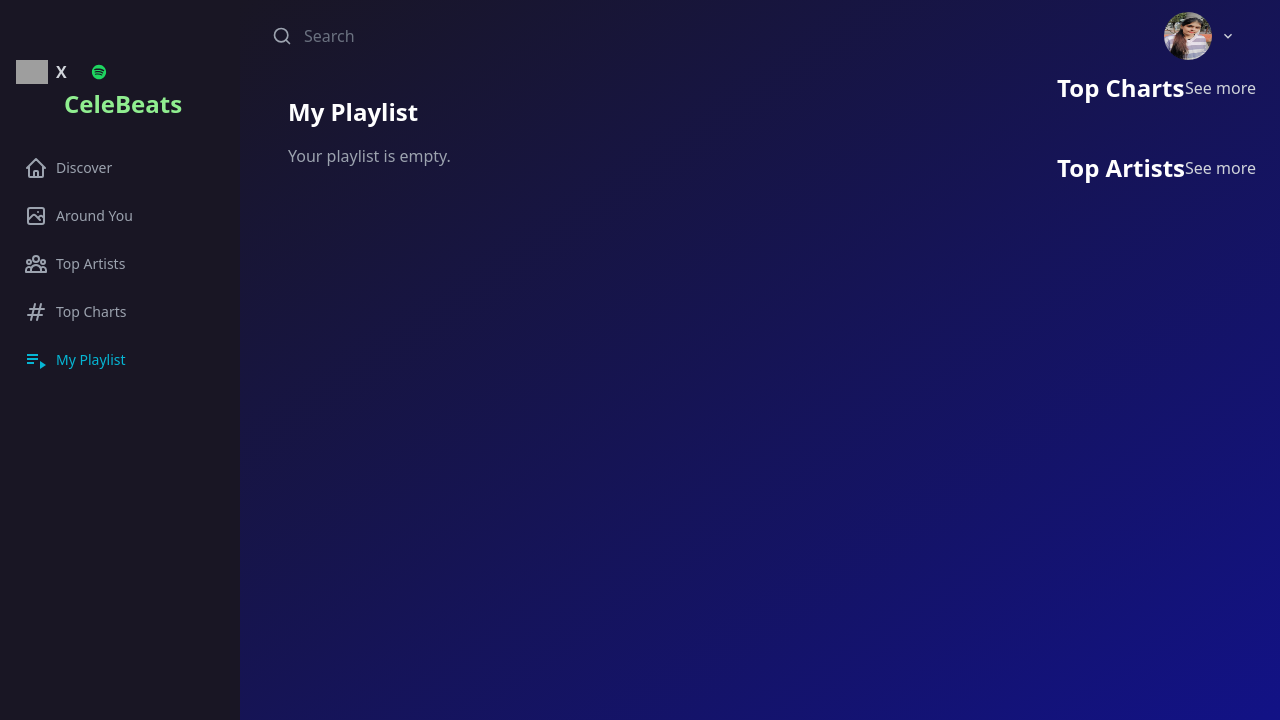
Repository: aakanshimalik/CeleBeats-SpotifyClone
Page: /playlist
An editor plug-in stored every save of this project. The page is shown before and after the next save, followed by the edit.
The browser window is 1280 px wide. The pictures show the whole page.
Pictures or frames that could not be fetched are drawn as grey boxes. The page's requests for data from a server got no answer. The project was rebuilt for these pictures with package versions that can differ from the ones it lists, and the page was loaded fresh each time. No one was signed in, and anything a server would have sent is missing. Also part of the build but not shown: vite.config.js, src/components/PlayPause.jsx, src/components/SongCard.jsx, src/components/ArtistCard.jsx, src/components/DetailsHeader.jsx, src/components/DetailHeader.jsx, src/components/SongBar.jsx, src/components/RelatedSongs.jsx and 17 more.

Above is the page before, as saved 2025-07-07 20:05:48.

### index.html
<!DOCTYPE html>
<html lang="en" class="h-full bg-gray-50">
  <head>
    <meta charset="UTF-8" />
    <link rel="icon" type="image/svg+xml" href="/src/assets/favicon.png" />
    <meta name="viewport" content="width=device-width, initial-scale=1.0" />
    <title>Spotify 2.0</title>
  </head>
  <body class="h-full overflow-hidden">
    <div id="root"></div>
    <script type="module" src="/src/index.jsx"></script>
  </body>
</html>

### src/index.jsx
import React from 'react';
import ReactDOM from 'react-dom/client';
import { BrowserRouter as Router } from 'react-router-dom';
import { Provider } from 'react-redux';

import './index.css';
import App from './App';
import { store } from './redux/store';
import PlaylistProvider from './context/PlaylistContext';

ReactDOM.createRoot(document.getElementById('root')).render(
  <React.StrictMode>
    <PlaylistProvider>
    <Provider store={store}>
      <Router>
        <App />
      </Router>
    </Provider>
    </PlaylistProvider>
  </React.StrictMode>,
);

### src/App.jsx
import { useSelector } from 'react-redux';
import { Route, Routes } from 'react-router-dom';

import { Searchbar, Sidebar, MusicPlayer, TopPlay } from './components';
import { ArtistDetails, TopArtists, AroundYou, Discover, Search, SongDetails, TopCharts, Playlist } from './pages';



const App = () => {
  const { activeSong } = useSelector((state) => state.player);

  return (
    <div className="relative flex">
      <Sidebar />
      <div className="flex-1 flex flex-col bg-gradient-to-br from-black to-[#121286]">
        <Searchbar />

        <div className="px-6 h-[calc(100vh-72px)] overflow-y-scroll hide-scrollbar flex xl:flex-row flex-col-reverse">
          <div className="flex-1 h-fit pb-40">
            <Routes>
              <Route path="/" element={<Discover />} />
              <Route path="/top-artists" element={<TopArtists />} />
              <Route path="/top-charts" element={<TopCharts />} />
              <Route path="/around-you" element={<AroundYou />} />
              <Route path="/artists/:id" element={<ArtistDetails />} />
              <Route path="/songs/:songid" element={<SongDetails />} />
              <Route path="/search/:searchTerm" element={<Search />} />
              <Route path='/playlist' element={<Playlist/>} />
            </Routes>
          </div>
          <div className="xl:sticky relative top-0 h-fit">
            <TopPlay />
          </div>
        </div>
      </div>

      {activeSong?.title && (
        <div className="absolute h-28 bottom-0 left-0 right-0 flex animate-slideup bg-gradient-to-br from-white/10 to-[#2a2a80] backdrop-blur-lg rounded-t-3xl z-10">
          <MusicPlayer />
        </div>
      )}
    </div>
  );
};

export default App;

### src/redux/store.js
import { configureStore } from '@reduxjs/toolkit';
import { audiusCoreApi } from './services/audiusCoreApi';

import playerReducer from './features/playerSlice';

export const store = configureStore({
  reducer: {
    [audiusCoreApi.reducerPath]: audiusCoreApi.reducer,
    player: playerReducer,
  },

  middleware: (getDefaultMiddleware) =>    getDefaultMiddleware().concat(audiusCoreApi.middleware),
});

### src/context/PlaylistContext.js
import React, { createContext, useContext, useState } from 'react';

const PlaylistContext = createContext();

export const usePlaylist = () => useContext(PlaylistContext);

export const PlaylistProvider = ({ children }) => {
  const [playlist, setPlaylist] = useState(
    JSON.parse(localStorage.getItem('myPlaylist')) || []
  );

  const addToPlaylist = (song) => {
    const updated = [...playlist, song];
    setPlaylist(updated);
    localStorage.setItem('myPlaylist', JSON.stringify(updated));
  };

  const removeFromPlaylist = (songId) => {
    const updated = playlist.filter(song => song.id !== songId);
    setPlaylist(updated);
    localStorage.setItem('myPlaylist', JSON.stringify(updated));
  };

  return (
    <PlaylistContext.Provider value={{ playlist, addToPlaylist, removeFromPlaylist }}>
      {children}
    </PlaylistContext.Provider>
  );
};

export default PlaylistProvider;

### src/components/index.js
import Sidebar from './Sidebar';
import Searchbar from './Searchbar';
import SongCard from './SongCard';
import TopPlay from './TopPlay';
import ArtistCard from './ArtistCard';
import DetailsHeader from './DetailsHeader';
import DetailHeader from './DetailHeader';
import SongBar from './SongBar';
import RelatedSongs from './RelatedSongs';
import MusicPlayer from './MusicPlayer';
import Loader from './Loader';
import Error from './Error';

export {
  TopPlay,
  Sidebar,
  SongCard,
  Searchbar,
  ArtistCard,
  DetailsHeader,
  DetailHeader,
  SongBar,
  RelatedSongs,
  MusicPlayer,
  Loader,
  Error,
};

### src/pages/index.js
import Discover from './Discover';
import TopArtists from './TopArtists';
import ArtistDetails from './ArtistDetails';
import SongDetails from './SongDetails';
import Search from './Search';
import Playlist from './Playlist';
import TopCharts from './TopCharts';
import AroundYou from './AroundYou';

export {
  Discover,
  Search,
  Playlist,
  TopArtists,
  ArtistDetails,
  SongDetails,
  TopCharts,
  AroundYou,
};

### src/redux/services/audiusCoreApi.js
import { createApi, fetchBaseQuery } from '@reduxjs/toolkit/query/react';

const genreByCountry = {
  IN: 'bollywood',
  US: 'hip-hop',
  BR: 'latin',
  KR: 'k-pop',
  JP: 'j-pop',
  FR: 'electronic',
  DE: 'house',
  NG: 'afrobeats',

}

export const audiusCoreApi = createApi({
  reducerPath: 'audiusCoreApi',
  baseQuery: fetchBaseQuery({
    baseUrl: 'https://discoveryprovider.audius.co/v1/',
  }),
  endpoints: (builder) => ({
    getTopTracks: builder.query({
      query: () =>
         `tracks/trending?limit=50&app_name=spotify-clone`,
    }),
    getSongsByGenre: builder.query({ query: (genre) => {
      if (!genre || genre === 'all') {
        return `/tracks/trending?limit=50&app_name=spotify-clone`; // No genre filter
      }
      return `/tracks/trending?genre=${genre}&limit=50&app_name=spotify-clone`;
    }

    }),
    getSongDetails: builder.query({
      query: (songid) => `tracks/${songid}` }),
    getSongRelated: builder.query({ query: ({songid }) => `/tracks/${songid}` }),
    getSongsByArtist: builder.query({
      query: (artistId) => `users/${artistId}/tracks?app_name=your_app`,
    }),
    getArtistDetails: builder.query({
      query: (artistId) => `users/${artistId}?app_name=spotify-clone`,
    }),
    getSongsByCountry: builder.query({ query: (countryCode) => {
      const genre = genreByCountry[countryCode] || 'electronic'; // default fallback
          return `/tracks/trending?genre=${genre}&limit=20&app_name=spotify-clone`;
    }
  }),
  getSongsBySearch: builder.query({ query: (searchTerm) => `search?query=${searchTerm}&app_name=spotify-clone` }),


  }),
});

export const {
  useGetTopTracksQuery,
  useGetSongsByGenreQuery,
  useGetArtistDetailsQuery,
  useGetSongsByArtistQuery,
  useGetSongDetailsQuery,
  useGetSongRelatedQuery,
  useGetSongsByCountryQuery,
  useGetSongsBySearchQuery,

} = audiusCoreApi;

### src/redux/features/playerSlice.js
import { createSlice } from '@reduxjs/toolkit';

const initialState = {
  currentSongs: [],
  currentIndex: 0,
  isActive: false,
  isPlaying: false,
  activeSong: {},
  genreListId: 'all',
};

const playerSlice = createSlice({
  name: 'player',
  initialState,
  reducers: {
    setActiveSong: (state, action) => {
      state.activeSong = action.payload.song;

      if (action.payload?.data?.tracks?.hits) {
        state.currentSongs = action.payload.data.tracks.hits;
      } else if (action.payload?.data?.properties) {
        state.currentSongs = action.payload?.data?.tracks;
      } else {
        state.currentSongs = action.payload.data;
      }

      state.currentIndex = action.payload.i;
      state.isActive = true;
    },

    nextSong: (state, action) => {
      if (state.currentSongs[action.payload]?.track) {
        state.activeSong = state.currentSongs[action.payload]?.track;
      } else {
        state.activeSong = state.currentSongs[action.payload];
      }

      state.currentIndex = action.payload;
      state.isActive = true;
    },

    prevSong: (state, action) => {
      if (state.currentSongs[action.payload]?.track) {
        state.activeSong = state.currentSongs[action.payload]?.track;
      } else {
        state.activeSong = state.currentSongs[action.payload];
      }

      state.currentIndex = action.payload;
      state.isActive = true;
    },

    playPause: (state, action) => {
      state.isPlaying = action.payload;
    },

    selectGenreListId: (state, action) => {
      state.genreListId = action.payload;
    },
  },
});

export const { setActiveSong, nextSong, prevSong, playPause, selectGenreListId } = playerSlice.actions;

export default playerSlice.reducer;

### src/components/Sidebar.jsx
import React, { useState } from 'react';
import { NavLink } from 'react-router-dom';
import { HiOutlineHashtag, HiOutlineHome, HiOutlineMenu, HiOutlinePhotograph, HiOutlineUserGroup } from 'react-icons/hi';
import { RiCloseLine } from 'react-icons/ri';
import { MdPlaylistPlay } from 'react-icons/md';

import  logo1  from '../assets/favicon.svg';
import logo2 from '../assets/CT.jpeg';

const links = [
  { name: 'Discover', to: '/', icon: HiOutlineHome },
  { name: 'Around You', to: '/around-you', icon: HiOutlinePhotograph },
  { name: 'Top Artists', to: '/top-artists', icon: HiOutlineUserGroup },
  { name: 'Top Charts', to: '/top-charts', icon: HiOutlineHashtag },
  { name: 'My Playlist', to: '/playlist', icon: MdPlaylistPlay },
];

const NavLinks = ({ handleClick }) => (
  <div className="mt-3">
    {links.map((item) => (
      <NavLink
        key={item.name}
        to={item.to}
        className="flex flex-row justify-start items-center my-6 ml-2 text-sm font-medium text-gray-400 hover:text-cyan-400"
        onClick={() => handleClick && handleClick()}
      >
        <item.icon className="w-6 h-6 mr-2" />
        {item.name}
      </NavLink>
    ))}
  </div>
);


const Sidebar = () => {
  const [mobileMenuOpen, setMobileMenuOpen] = useState(false);


   return (
    <>
      <div className='md:flex hidden flex-col w-[240px] py-10 px-4 bg-[#191624] '>
        <div>
          <div className='flex flex-row items-center gap-2 mt-4'>
            <img src={logo2} alt='logo2' className=' w-8 h-8 object-contain ' />
            <span className='text-gray-300 font-bold'>X</span><br></br>
            <img src={logo1} alt='logo1' className=' w-8 h-8 object-contain bg-transparent rounded ' />
          </div>

          <h2 className='text-white font-bold text-2xl font-spotify-mix ml-12' style={{color:"#90EE90"}}>CeleBeats</h2>
        </div>

          <NavLinks />
      </div>

      <div className='absolute md:hidden block top-6 right-3'>
         {mobileMenuOpen ? (
          <RiCloseLine className='w-6 h-6 text-white mr-2' onClick={() => setMobileMenuOpen(false)}/>
         ) : <HiOutlineMenu className='w-6 h-6 text-white mr-2' onClick={() => setMobileMenuOpen(true)} />}
      </div>

      <div className={`absolute top-0 h-screen w-2/3 bg-gradient-to-tl from-white/10 to-[#483d8b] backdrop-blur-lg z-10 p-6 md:hidden smooth-transition ${mobileMenuOpen ? 'left-0' : '-left-full'}`}>
        <img src={logo1} alt='logo' className='w-full h-20 object-contain' />
          <NavLinks handleClick={() => setMobileMenuOpen(false)}/>
      </div>
    </>
   );
  };

export default Sidebar;

### src/components/Searchbar.jsx
// import React, { useState } from 'react';
// import { useNavigate } from 'react-router-dom';
// import { FiSearch } from 'react-icons/fi';
// import { MdKeyboardArrowDown } from 'react-icons/md';
// import avatar from '../assets/Aakanshi_photo.jpg';

// const Searchbar = () => {
//   const navigate = useNavigate();
//   const [searchTerm, setSearchTerm] = useState('');
//   const [showProfile, setShowProfile] = useState(false);

//   const handleSubmit = (e) => {
//     e.preventDefault();
//     const trimmed = searchTerm.trim();
//     if (trimmed) {
//       navigate(`/search/${encodeURIComponent(trimmed)}`);
//     }
//   };

//   return (
//     <div className="flex justify-between items-center px-4 py-2">
//     <form
//       onSubmit={handleSubmit}
//       autoComplete="off"
//       className="p-2 text-gray-400 focus-within:text-gray-600"
//     >
//       <label htmlFor="search-field" className="sr-only">
//         Search all songs
//       </label>
//       <div className="flex flex-row justify-start items-center">
//         <FiSearch className="w-5 h-5 ml-4" />
//         <input
//           id="search-field"
//           name="search-field"
//           type="search"
//           placeholder="Search"
//           value={searchTerm}
//           onChange={(e) => setSearchTerm(e.target.value)}
//           className="flex-1 bg-transparent border-none placeholder-gray-500 outline-none text-base text-white p-4"
//         />
//       </div>
//     </form>
//   );
// };

// export default Searchbar;

import React, { useState } from 'react';
import { useNavigate } from 'react-router-dom';
import { FiSearch } from 'react-icons/fi';
import { MdKeyboardArrowDown } from 'react-icons/md';
import avatar from '../assets/Aakanshi_photo.jpg'; // make sure this path is correct

const Searchbar = () => {
  const navigate = useNavigate();
  const [searchTerm, setSearchTerm] = useState('');
  const [showProfile, setShowProfile] = useState(false);

  const handleSubmit = (e) => {
    e.preventDefault();
    const trimmed = searchTerm.trim();
    if (trimmed) {
      navigate(`/search/${encodeURIComponent(trimmed)}`);
    }
  };

  return (
    <div className="flex justify-between items-center px-4 py-2">
      {/* Search Form */}
      <form
        onSubmit={handleSubmit}
        autoComplete="off"
        className="flex items-center bg-none border-gray-700 rounded-full px-2 text-gray-400 focus-within:text-gray-600 w-full max-w-md"
      >
        <FiSearch className="w-5 h-5 ml-2" />
        <input
          id="search-field"
          name="search-field"
          type="search"
          placeholder="Search"
          value={searchTerm}
          onChange={(e) => setSearchTerm(e.target.value)}
          className="flex-1 bg-transparent border-none placeholder-gray-500 outline-none text-base text-white p-3"
        />
      </form>

      {/* Profile */}
      <div className="relative ml-6 mr-6">
        <div
          className="flex items-center gap-2 cursor-pointer p-1 hover:bg-gray-700 rounded-lg"
          onClick={() => setShowProfile(!showProfile)}
        >
          <img
            src={avatar}
            alt="user-profile"
            className="rounded-full w-12 h-12"
          />
          <MdKeyboardArrowDown className="text-gray-300" />
        </div>

        {/* Dropdown Profile Info */}
        {showProfile && (
          <div className="absolute right-0 mt-2 w-58 bg-blue-900 border border-gray-700 text-white rounded-lg shadow-lg p-4 z-50 ">
            <div className="flex flex-col items-center">
              <img
                src={avatar}
                alt="Profile"
                className="w-20 h-20 rounded-full mb-5 "
              />
              <p className="font-semibold text-xl">Aakanshi Malik</p>
              <p className="text-m text-gray-300 ml-2">aakanshimalik54@gmail.com</p>
              <p className="text-sm text-gray-200 font-semibold ml-5">React Developer Intern</p>
              <span>(Celebal Summer Intern 2025)</span>

              <button
                className='bg-white-600 p-2 mt-5 text-gray-200 border border-gray-500 hover:bg-blue-700 '
                onClick={() => setShowProfile(!showProfile)}
              >Logout</button>
            </div>
          </div>
        )}
      </div>
    </div>
  );
};

export default Searchbar;

### src/components/TopPlay.jsx
import React, { useEffect, useRef } from 'react';
import { Link } from 'react-router-dom';
import { useSelector, useDispatch } from 'react-redux';
import { Swiper, SwiperSlide } from 'swiper/react';
import { FreeMode } from 'swiper';

import PlayPause from './PlayPause';
import { playPause, setActiveSong } from '../redux/features/playerSlice';
import {  useGetTopTracksQuery } from '../redux/services/audiusCoreApi';
import defaultProfile from "../assets/default-profile.jpeg";

import 'swiper/css';
import 'swiper/css/free-mode';

const TopChartCard = ({song ,i , isPlaying, activeSong, handlePauseClick, handlePlayClick })=> (
  <div className='w-full flex flex-row items-center hover:bg-[#4c426e] py-2 p-4 rounded-lg cursor-pointer mb-2'>
    <h3 className="font-bold text-base text-white mr-3">{i+1}.</h3>
    <div className="flex-1 flex flex-row justify-between items-center">
      <img className='w-20 h-20 rounded-lg' src={song.artwork?.['150x150']} alt={song?.title}/>
      <div className='flex-1 flex flex-col justify-center mx-3'>
        <Link to={`songs/${song.id}`}>
          <p className='text-xl font-bold text-white'>
            {song?.title}
          </p>
        </Link>
        <Link to={`artists/${song.user.id}`}>
          <p className='text-base text-gray-300 mt-1'>
            {song?.user.name}
          </p>
        </Link>

      </div>

    </div>
    <PlayPause
      isPlaying={isPlaying}
      activeSong={activeSong}
      song={song}
      handlePause={handlePauseClick}
      handlePlay={handlePlayClick}
    />
  </div>
);

const TopPlay = () => {
  const dispatch = useDispatch();
  const {activeSong, isPlaying } = useSelector((state) => state.player);
  const { data } = useGetTopTracksQuery();
  const divRef = useRef(null);

  useEffect(() => {
    divRef.current?.scrollIntoView({ behavior: 'smooth'});
  }, []);


  const topPlays = data?. data?.slice(0, 5);

    const handlePauseClick = () => {
      dispatch(playPause(false));
    };

    const handlePlayClick = (song, i) => {
      dispatch(setActiveSong({ song, data, i }));
      dispatch(playPause(true));
    };

    return (
      <div ref={divRef} className='xl:ml-6 ml-0 xl:mb-0 mb-6 flex-1 xl:max-w-[500px] max-w-full flex flex-col'>
        <div className='w-full flex flex-col'>
          <div className='flex flex-row justify-between items-center'>
              <h2 className=" text-white font-bold text-2xl">Top Charts</h2>
              <Link to="/top-charts">
              <p className="text-gray-300 text-base cursor-pointer">See more</p></Link>
          </div>

          <div className='mt-4 flex flex-col gap-1'>
             {topPlays?.map((song, i) => (
              <TopChartCard
              key={song.id}
              song={song}
              i={i}
              isPlaying={isPlaying}
              activeSong={activeSong}
              handlePauseClick={handlePauseClick}
              handlePlayClick={() => handlePlayClick(song, i)}
              />
             ))}
          </div>
        </div>

        <div className='w-full flex flex-col mt-8'>
        <div className='flex flex-row justify-between items-center'>
              <h2 className=" text-white font-bold text-2xl">Top Artists</h2>
              <Link to="/top-artists">
              <p className="text-gray-300 text-base cursor-pointer">See more</p></Link>
        </div>

        <Swiper
          slidesPerView="auto"
          spaceBetween={15}
          freeMode
          centeredSlides
          centeredSlidesBounds
          modules={[FreeMode]}
          className="mt-4"
        >
          {topPlays?.slice(0, 5).map((song,i) => (
            // console.log(defaultProfile);
            <SwiperSlide
            key={song?.id || `${song?.user?.id}-${i}`}
            style={{ width: '25%', height: 'auto' }}
            className="shadow-lg rounded-full animate-slideright"
            >
              <Link to={`/artists/${song?.user?.id}`}>
              <img src={
                song?.user?.profile_picture?.['150x150']  ||  song?.user?.defaultProfile

                } alt= {song?.user?.name}
                onError={(e) => {
                  e.target.onerror = null;
                  e.target.src = defaultProfile;
                }}
                className="rounded-full w-full object-cover" />
                  </Link>

            </SwiperSlide>
          ))}
         </Swiper>


        </div>

      </div>
    );
};

export default TopPlay;

### src/pages/Playlist.jsx
import { SongCard } from '../components';
import { usePlaylist } from '../context/PlaylistContext';
import { useSelector } from 'react-redux';
import { useGetTopTracksQuery } from '../redux/services/audiusCoreApi';

const Playlist = () => {
     const { data, isFetching, error } = useGetTopTracksQuery();
  const { playlist, removeFromPlaylist } = usePlaylist();
  const { activeSong, isPlaying } = useSelector((state) => state.player);

  const songs = data?.data || [];

  return (

    <div className="p-6">

      <h2 className="text-white text-2xl font-bold mb-4">My Playlist</h2>
      {playlist.length === 0 ? (
        <p className="text-gray-400">Your playlist is empty.</p>
      ) : (
        <div className="flex flex-wrap sm:justify-start justify-center gap-8">
                {playlist.map((song, index) => (
                    <div key={song.id} className="flex flex-col items-center">
                  <SongCard
                    key={song.id}
                    song={song}
                    isPlaying={isPlaying}
                    activeSong={activeSong}
                    data={songs}
                    i={index}

                  />

                  <button
                     onClick={() => removeFromPlaylist(song.id)}
                    className="text-white-400 hover:text-white-600 mt-2 px-3 py-1 text-sm font-medium  bg-red-600 hover:bg-red-700 rounded-md transition-colors duration-200"
                   >
                      Remove
                  </button>
                  </div>
                ))}
              </div>

        // <ul className="space-y-4">
        //   {playlist.map((song, index) => (
        //     <li key={song.id || index} className="flex justify-between items-center text-white">
        //       <span>{song.title} — {song.artistName}</span>
        //       <button
        //         onClick={() => removeFromPlaylist(song.id)}
        //         className="text-red-400 hover:text-red-600"
        //       >
        //         Remove
        //       </button>
        //     </li>
        //   ))}
        // </ul>
      )}

    </div>

  );
};
export default Playlist;

Loaded but not shown: src/index.css (common file); tailwind.config.js (common file)

After the next save:
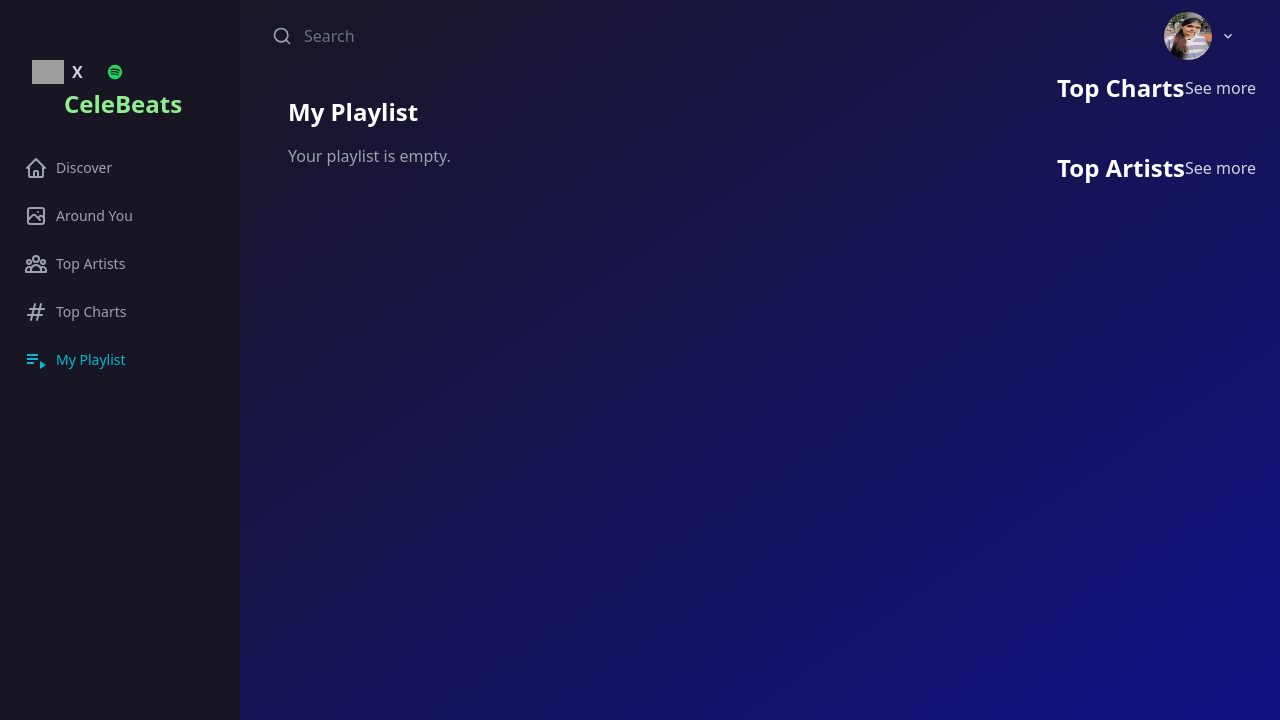
Saved 8 s later.
--- a/src/components/Sidebar.jsx
+++ b/src/components/Sidebar.jsx
@@ -40,7 +40,7 @@
     <>
       <div className='md:flex hidden flex-col w-[240px] py-10 px-4 bg-[#191624] '>
         <div>
-          <div className='flex flex-row items-center gap-2 mt-4'>
+          <div className='flex flex-row items-center gap-2 mt-4 ml-4'>
             <img src={logo2} alt='logo2' className=' w-8 h-8 object-contain ' />
             <span className='text-gray-300 font-bold'>X</span><br></br>
             <img src={logo1} alt='logo1' className=' w-8 h-8 object-contain bg-transparent rounded ' />
